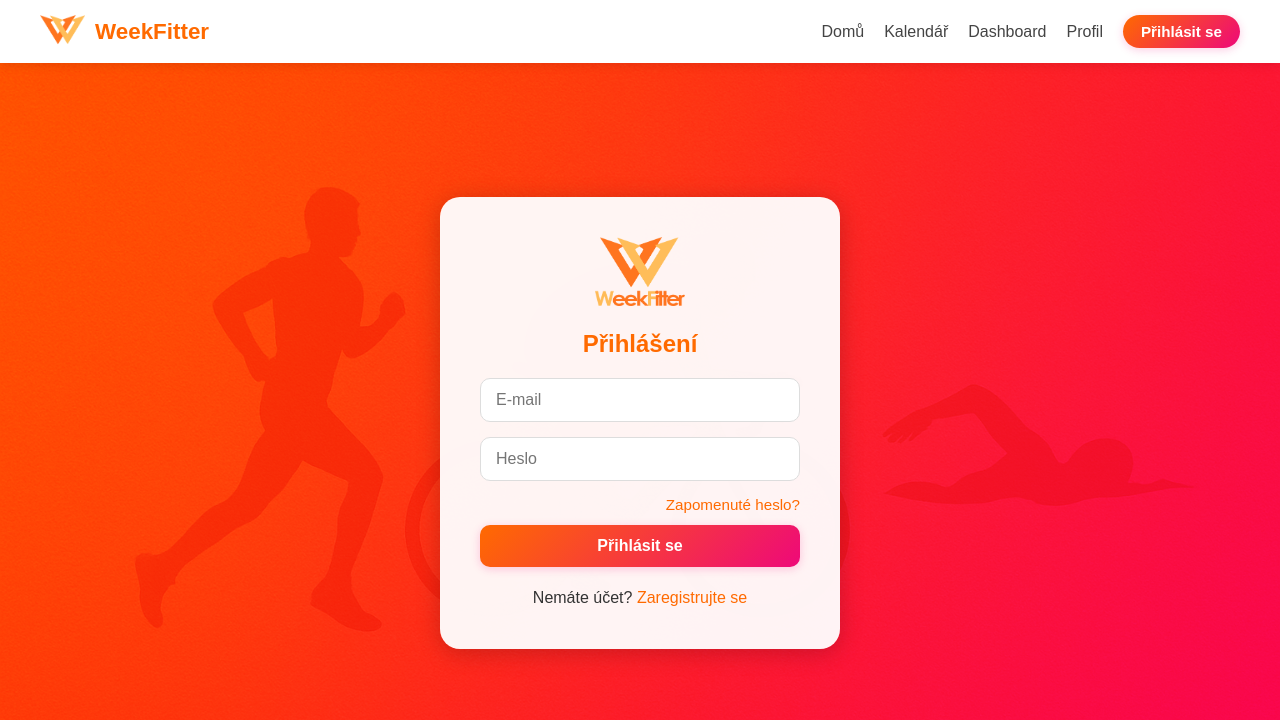
Repository: MatyasMandelicek/weekfitter-frontend
Page: /login
These files come from the project's save history. The page is drawn as it stood at one moment and after the next save; the edit follows.
The browser window is 1280 px wide. The pictures show the whole page.
The page's requests for data from a server got no answer. An inner scrolling area shows only its first screen. The project was rebuilt for these pictures with package versions that can differ from the ones it lists, and the page was loaded fresh each time. No one was signed in, and anything a server would have sent is missing. Also part of the build but not shown: src/styles/HomePage.css, src/pages/HomePage.js, src/styles/DashboardPage.css, src/pages/DashboardPage.js, src/styles/CalendarPage.css, src/pages/CalendarPage.js, src/styles/RegisterPage.css, src/pages/RegisterPage.js and 5 more.

Above is the page before, as saved 2025-11-12 15:49:11.

After the next save:
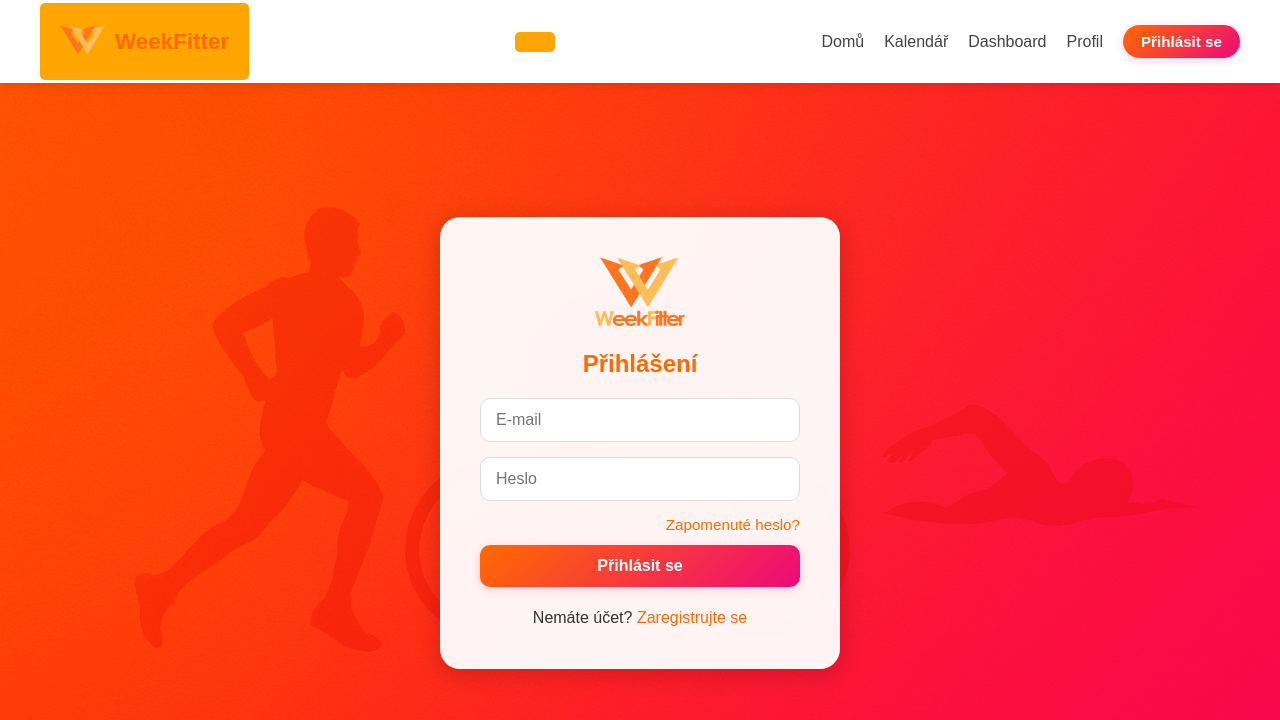
Saved 8 s later.
--- a/src/components/Header.jsx
+++ b/src/components/Header.jsx
@@ -1,51 +1,65 @@
 import React, { useEffect, useState } from "react";
-import { Link, useNavigate } from "react-router-dom";
+import { Link, useNavigate, useLocation } from "react-router-dom";
 import Logo from "../assets/Logo03.png";
 import "../styles/Header.css";
 import { AUTH_STORAGE_KEY } from "../lib/config";
 
 const Header = () => {
   const navigate = useNavigate();
+  const location = useLocation();
   const [isLoggedIn, setIsLoggedIn] = useState(false);
+  const [menuOpen, setMenuOpen] = useState(false);
 
-  // Zkontroluje, jestli je uživatel přihlášen (uloženo v localStorage)
   useEffect(() => {
-    const loggedIn = localStorage.getItem(AUTH_STORAGE_KEY) === "true";
-    setIsLoggedIn(loggedIn);
+    setIsLoggedIn(localStorage.getItem(AUTH_STORAGE_KEY) === "true");
   }, []);
 
-  // Odhlášení
+  // zavřít menu při změně stránky
+  useEffect(() => {
+    setMenuOpen(false);
+  }, [location.pathname]);
+
   const handleLogout = () => {
-    localStorage.removeItem("isLoggedIn");
+    localStorage.removeItem(AUTH_STORAGE_KEY);
     localStorage.removeItem("userEmail");
     localStorage.removeItem("userName");
     setIsLoggedIn(false);
-    console.log("Uživatel odhlášen");
     navigate("/home");
   };
 
-  // Přihlášení
-  const handleLogin = () => {
-    navigate("/login");
-  };
+  const handleLogin = () => navigate("/login");
 
   return (
     <header className="header">
       <div className="header-content">
-        {/* Logo vlevo - kliknutí vrací na domovskou stránku */}
-        <div className="logo-container" onClick={() => navigate("/")}>
-          <img src={Logo} alt="WeekFitter Logo" className="header-logo" />
+        <button
+          className="logo-container"
+          onClick={() => navigate("/")}
+          aria-label="WeekFitter domů"
+        >
+          <img src={Logo} alt="WeekFitter" className="header-logo" />
           <h2 className="app-name">WeekFitter</h2>
-        </div>
+        </button>
+
+        {/* Hamburger pro mobily */}
+        <button
+          className="hamburger"
+          aria-label="Menu"
+          aria-expanded={menuOpen}
+          onClick={() => setMenuOpen((v) => !v)}
+        >
+          <span />
+          <span />
+          <span />
+        </button>
 
         {/* Navigace */}
-        <nav className="nav-links">
+        <nav className={`nav-links ${menuOpen ? "open" : ""}`}>
           <Link to="/home">Domů</Link>
           <Link to="/calendar">Kalendář</Link>
           <Link to="/dashboard">Dashboard</Link>
           <Link to="/profile">Profil</Link>
 
-          {/* Dynamické tlačítko */}
           {isLoggedIn ? (
             <button onClick={handleLogout} className="primary-btn">
               Odhlásit se

After the save that followed:
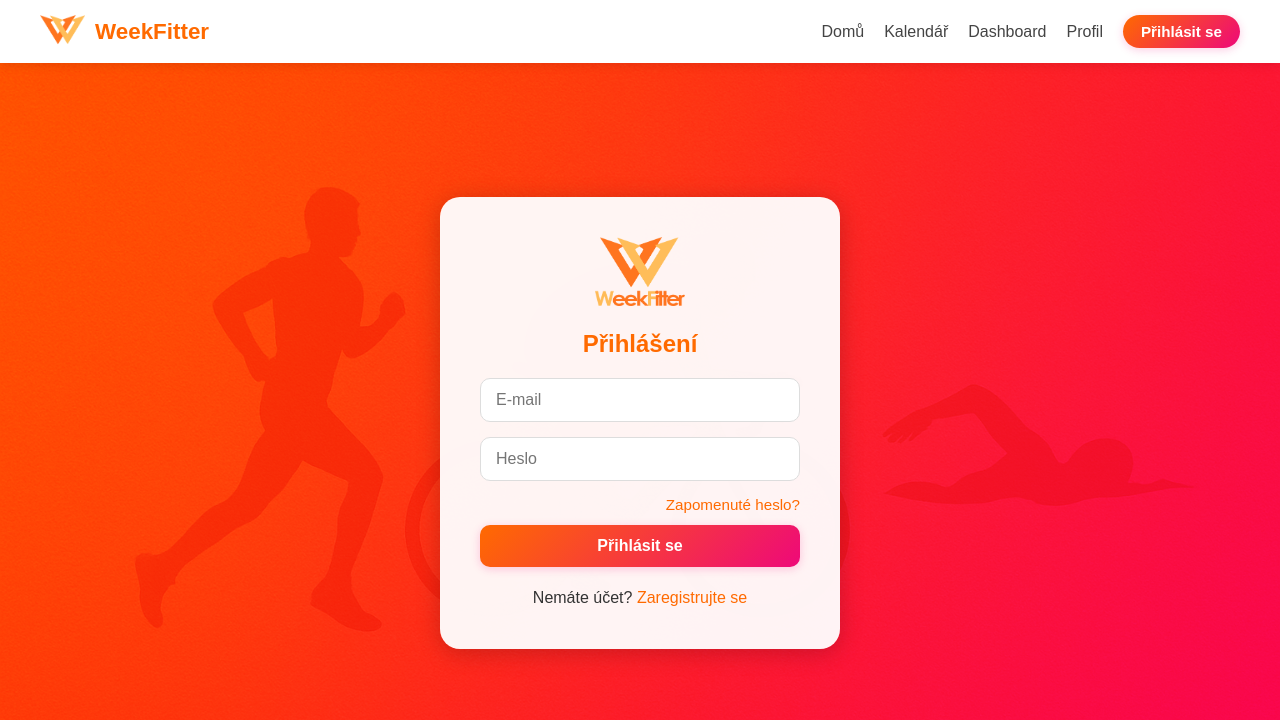
Saved 22 s later.
--- a/src/components/Header.jsx
+++ b/src/components/Header.jsx
@@ -1,65 +1,51 @@
 import React, { useEffect, useState } from "react";
-import { Link, useNavigate, useLocation } from "react-router-dom";
+import { Link, useNavigate } from "react-router-dom";
 import Logo from "../assets/Logo03.png";
 import "../styles/Header.css";
 import { AUTH_STORAGE_KEY } from "../lib/config";
 
 const Header = () => {
   const navigate = useNavigate();
-  const location = useLocation();
   const [isLoggedIn, setIsLoggedIn] = useState(false);
-  const [menuOpen, setMenuOpen] = useState(false);
 
+  // Zkontroluje, jestli je uživatel přihlášen (uloženo v localStorage)
   useEffect(() => {
-    setIsLoggedIn(localStorage.getItem(AUTH_STORAGE_KEY) === "true");
+    const loggedIn = localStorage.getItem(AUTH_STORAGE_KEY) === "true";
+    setIsLoggedIn(loggedIn);
   }, []);
 
-  // zavřít menu při změně stránky
-  useEffect(() => {
-    setMenuOpen(false);
-  }, [location.pathname]);
-
+  // Odhlášení
   const handleLogout = () => {
-    localStorage.removeItem(AUTH_STORAGE_KEY);
+    localStorage.removeItem("isLoggedIn");
     localStorage.removeItem("userEmail");
     localStorage.removeItem("userName");
     setIsLoggedIn(false);
+    console.log("Uživatel odhlášen");
     navigate("/home");
   };
 
-  const handleLogin = () => navigate("/login");
+  // Přihlášení
+  const handleLogin = () => {
+    navigate("/login");
+  };
 
   return (
     <header className="header">
       <div className="header-content">
-        <button
-          className="logo-container"
-          onClick={() => navigate("/")}
-          aria-label="WeekFitter domů"
-        >
-          <img src={Logo} alt="WeekFitter" className="header-logo" />
+        {/* Logo vlevo - kliknutí vrací na domovskou stránku */}
+        <div className="logo-container" onClick={() => navigate("/")}>
+          <img src={Logo} alt="WeekFitter Logo" className="header-logo" />
           <h2 className="app-name">WeekFitter</h2>
-        </button>
-
-        {/* Hamburger pro mobily */}
-        <button
-          className="hamburger"
-          aria-label="Menu"
-          aria-expanded={menuOpen}
-          onClick={() => setMenuOpen((v) => !v)}
-        >
-          <span />
-          <span />
-          <span />
-        </button>
+        </div>
 
         {/* Navigace */}
-        <nav className={`nav-links ${menuOpen ? "open" : ""}`}>
+        <nav className="nav-links">
           <Link to="/home">Domů</Link>
           <Link to="/calendar">Kalendář</Link>
           <Link to="/dashboard">Dashboard</Link>
           <Link to="/profile">Profil</Link>
 
+          {/* Dynamické tlačítko */}
           {isLoggedIn ? (
             <button onClick={handleLogout} className="primary-btn">
               Odhlásit se
